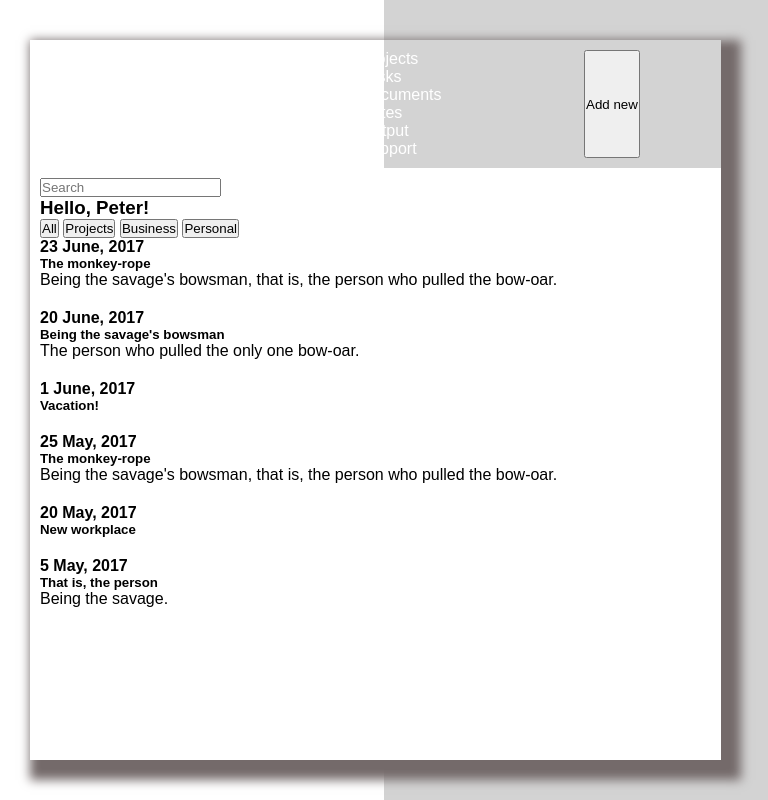
Repository: SatenikGabrielyan/HTML_CSS-_Assignment
Page: index.html
The author's editor kept a copy of each file at every save. The page is drawn from the files as they stood at one save, then again after the next save.
The browser window is 768 px wide. The pictures show the whole page.

Above is the page before, as saved 2025-03-17 19:47:43.

### index.html
<!DOCTYPE html>
<html lang="en">
  <head>
    <meta charset="UTF-8" />
    <meta name="viewport" content="width=device-width, initial-scale=1.0" />
    <title>Notes App</title>
    <link rel="stylesheet" href="./style.css" />
    <!-- Include Font Awesome for icons -->
    <link href="https://cdnjs.cloudflare.com/ajax/libs/font-awesome/6.0.0-beta3/css/all.min.css" rel="stylesheet"/>
  </head>
  <body>

      <div class="cont">
          <div class="purp"></div>
          <div class="whit"></div>
      </div>
    <div class="container">
<!--
      <nav class="sidebar">
        <div class="sidebar-header">
          <h2>Notes</h2>
        </div>
        <ul class="sidebar-list">
          <li><i class="fas fa-home"></i> Home</li>
          <li><i class="fas fa-search"></i> Search</li>
          <li><i class="fas fa-bell"></i> Notifications</li>
        </ul>
      </nav>

      <main class="main-content">
        <header>
          <div class="header-left">
            <p>Hello, Peter!</p>
          </div>
          <div class="header-right">
            <i class="fas fa-bell"></i>
            <button class="add-note-btn">
              <i class="fas fa-plus"></i> Add New Note
            </button>
          </div>
        </header>
        <section class="notes-grid">

          <div class="note-item image-note">
            <img src="https://via.placeholder.com/150" alt="Note Image" />
          </div>

          <div class="note-item text-note">
            <p>Sample text note content...</p>
          </div>

          <div class="note-item mixed-note">
            <img src="https://via.placeholder.com/150" alt="Note Image" />
            <p>Sample mixed note content...</p>
          </div>
        </section>
      </main> -->
      <aside class="sidebar">
        <header>
            <h2>Overview</h2>
        </header>
        <nav>
            <ul>
                <li>Projects</li>
                <li>Tasks</li>
                <li>Documents</li>
                <li>Notes</li>
                <li>Output</li>
                <li>Support</li>
            </ul>
        </nav>
        <button class="add-new">Add new</button>
    </aside>

    <main class="main-content">
        <div class="header">
            <input type="text" placeholder="Search">
            <h3>Hello, Peter!</h3>
        </div>
        <div class="tabs">
            <button>All</button>
            <button>Projects</button>
            <button>Business</button>
            <button>Personal</button>
        </div>
        <div class="notes-grid">
            <div class="note-card">
                <h4>23 June, 2017</h4>
                <h5>The monkey-rope</h5>
                <p>Being the savage's bowsman, that is, the person who pulled the bow-oar.</p>
            </div>
            <div class="note-card">
                <h4>20 June, 2017</h4>
                <h5>Being the savage's bowsman</h5>
                <p>The person who pulled the only one bow-oar.</p>
            </div>
            <div class="note-card">
                <h4>1 June, 2017</h4>
                <h5>Vacation!</h5>
            </div>
            <div class="note-card">
                <h4>25 May, 2017</h4>
                <h5>The monkey-rope</h5>
                <p>Being the savage's bowsman, that is, the person who pulled the bow-oar.</p>
            </div>
            <div class="note-card">
                <h4>20 May, 2017</h4>
                <h5>New workplace</h5>
            </div>
            <div class="note-card">
                <h4>5 May, 2017</h4>
                <h5>That is, the person</h5>
                <p>Being the savage.</p>
            </div>
        </div>
    </main>
    </div>

  </body>
</html>

### style.css
/* CSS Variables for Colors */
/* :root {
    --bg-color: #fbfbfb;
    --primary-color: #8981d8;
    --secondary-color: #d0d0d0;
    --text-color: #858499;
    --highlight-color: #7f77cc;
    --hover-color: rgba(137, 129, 216, 0.5);
  } */

  /* General Reset */
  * {
    margin: 0;
    padding: 0;
    box-sizing: border-box;
  }

  body {
    font-family: Arial, sans-serif;
    background-color: var(--bg-color);
    display: flex;
    height: 100vh;
  }
  /* .wrapper{
    position: relative;
  } */
  .cont{
      display: flex;
      width: 100%;
      position: relative;
      z-index: -1;
      border-radius: 10px;
  }
.purp {
    width: 50%;
    background-color: var(--primary-color);
    flex-direction: row;
}
.whit {
    width: 50%;
    background-color: lightgray;
    flex-direction: row;
}
  .container {
    display: flex;
    width: 90%;
    height: 90%;

    box-shadow: 10px 10px 10px 10px rgb(116, 106, 106);
    margin-left: 30px;
    margin-right: 30px;
    margin-top: 40px;
    margin-bottom: 80px;
    background: center;
    position: absolute;
    z-index: 2;
  }

  /* Sidebar Styling */
  .sidebar {
    width: 150px;
    background-color: var(--primary-color);
    color: #fff;
    display: flex;
    flex-direction: column;
    padding: 20px;
  }

  .sidebar-header h2 {
    margin-bottom: 20px;
  }

  .sidebar-list {
    list-style: none;
  }

  .sidebar-list li {
    margin: 15px 0;
    display: flex;
    align-items: center;
    cursor: pointer;
  }

  .sidebar-list li i {
    margin-right: 10px;
  }

  /* Main Content Styling */
  .main-content {
    background-color: white;
    flex-grow: 1;
    padding: 20px;
    overflow-y: auto;
  }

  header {
    display: flex;
    justify-content: space-between;
    align-items: center;
    margin-bottom: 20px;
  }

  .header-left p {
    font-size: 1.2em;
    color: var(--text-color);
  }

  .header-right {
    display: flex;
    align-items: center;
  }

  .header-right i {
    margin-right: 20px;
    cursor: pointer;
  }

  .add-note-btn {
    background-color: var(--primary-color);
    color: #fff;
    border: none;
    padding: 10px 20px;
    cursor: pointer;
    display: flex;
    align-items: center;
  }

  .add-note-btn i {
    margin-right: 10px;
  }

  /* Notes Grid Styling */
  .notes-grid {
    display: grid;
    grid-template-columns: repeat(auto-fill, minmax(300px, 1fr));
    gap: 20px;
  }

  .note-item {
    background-color: #fff;
    border-radius: 8px;
    box-shadow: 0 2px 4px rgba(0, 0, 0, 0.1);
    overflow: hidden;
    display: flex;
    flex-direction: column;
    padding: 20px;
  }

  .note-item img {
    width: 100%;
    height: auto;
    border-radius: 8px;
    margin-bottom: 15px;
  }

  .note-item p {
    color: var(--text-color);
    font-size: 1em;
    line-height: 1.5;
  }

  /* Hover Effect for Filter Buttons */
  .sidebar-list li:hover {
    background-color: var(--highlight-color);
    transition: background-color 0.3s ease;
  }

  /* Mobile Responsiveness */
  @media (max-width: 768px) {
    .container {
      flex-direction: column;
    }

    .sidebar {
      width: 100%;
      flex-direction: row;
      justify-content: space-around;
      padding: 10px;
    }

    .sidebar-list {
      display: flex;
      flex-direction: row;
      gap: 15px;
    }

    .sidebar-list li {
      margin: 0;
    }

    .main-content {
      padding: 10px;
    }

    header {
      flex-direction: column;
      align-items: flex-start;
    }

    .header-right {
      margin-top: 10px;
    }

    .notes-grid {
      grid-template-columns: 1fr;
    }

    .note-item {
      padding: 10px;
    }

    .note-item img {
      margin-bottom: 10px;
    }
  }

After the next save:
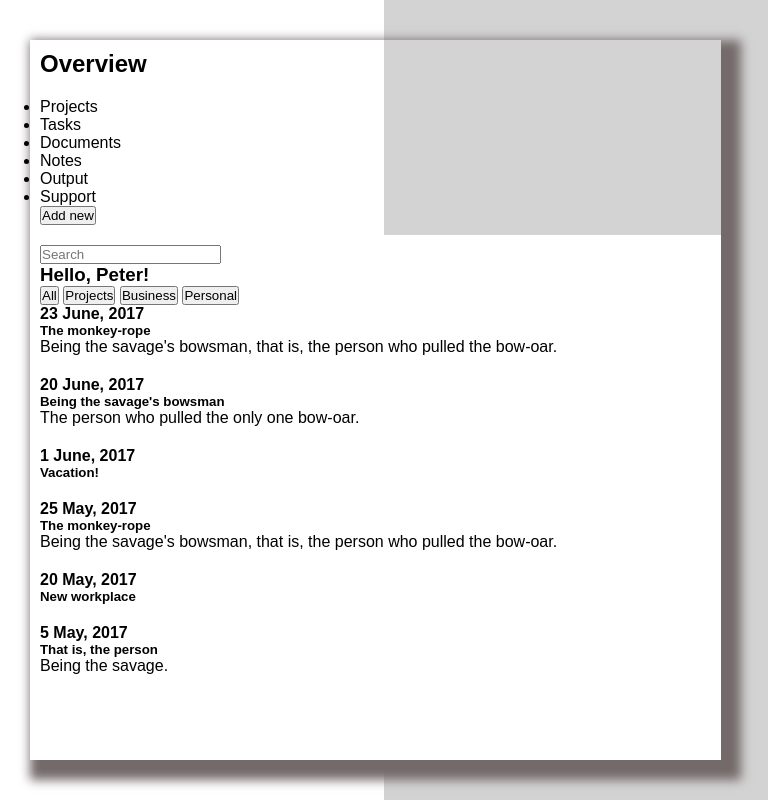
Saved 10 s later.
--- a/style.css
+++ b/style.css
@@ -57,7 +57,7 @@
   }
 
   /* Sidebar Styling */
-  .sidebar {
+  /* .sidebar {
     width: 150px;
     background-color: var(--primary-color);
     color: #fff;
@@ -212,4 +212,4 @@
     .note-item img {
       margin-bottom: 10px;
     }
-  }
+  } */
